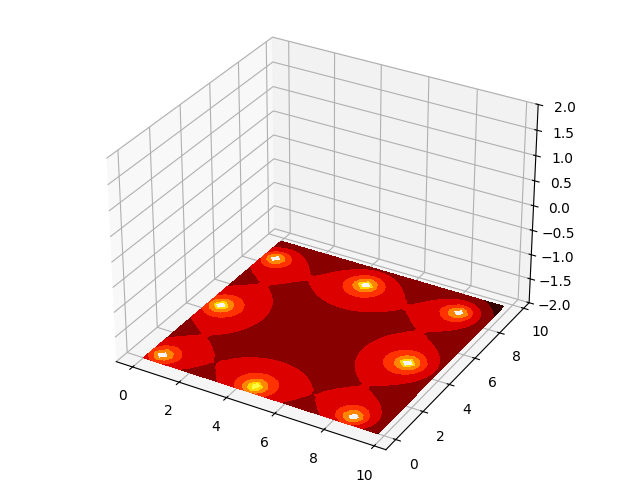
Repository: Jaamunozr/Archivos-python
Script's output: python Archivos Python/Graficas/tierras.py
These files come from the project's save history. The script's output is drawn as it stood at one moment and after the next save; the edit follows.
Random numbers start from a fixed seed.

Above is the script's output before, as saved 2020-02-19 11:52:57.

After the next save:
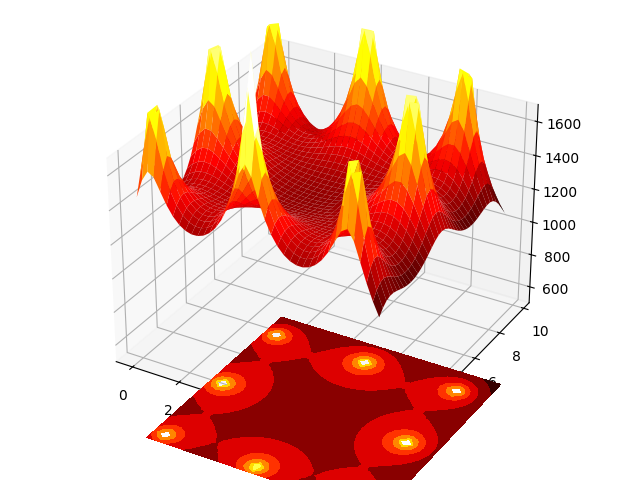
Saved 30 s later.
--- a/Archivos Python/Graficas/tierras.py
+++ b/Archivos Python/Graficas/tierras.py
@@ -53,6 +53,6 @@ Z = raiz(abs(X ** 3 + Y ** 3))
 
 axx.plot_surface(X, Y, Vt, rstride=1, cstride=1, cmap=pl.cm.hot)
 axx.contourf(X, Y, Vt, zdir='z', offset=-2, cmap=pl.cm.hot)
-axx.set_zlim(-2, 2)
+axx.set_zlim(500, 1700)
 
 pl.show()
